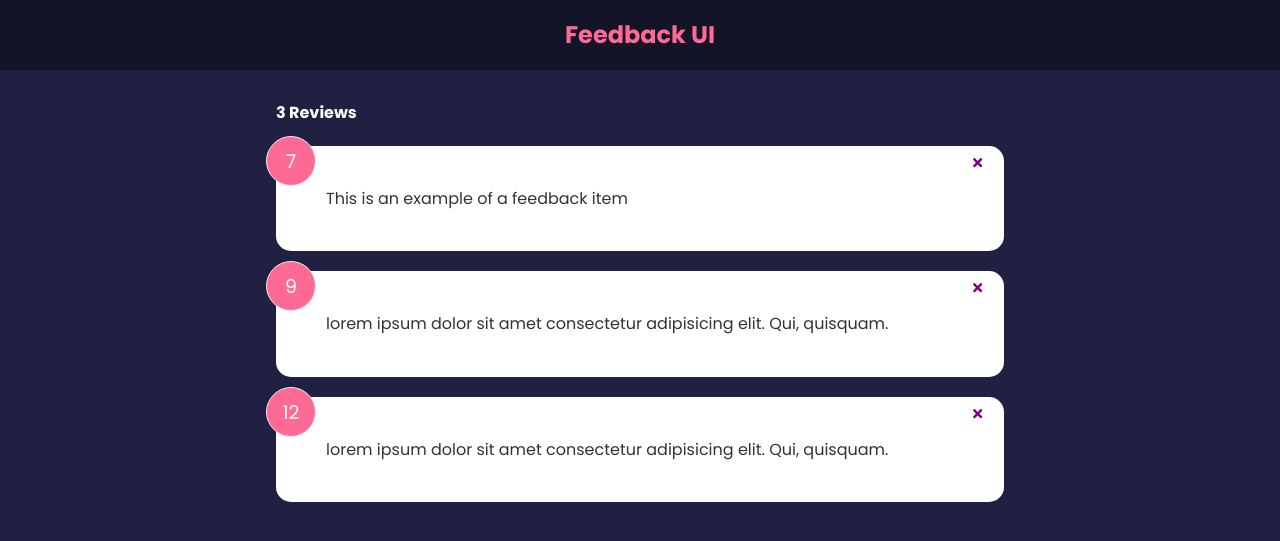
Repository: bayorwor/feedbackapp
Page: /
An editor plug-in stored every save of this project. The page is shown before and after the next save, followed by the edit.
The browser window is 1280 px wide. The pictures show the whole page.
The project was rebuilt for these pictures with package versions that can differ from the ones it lists, and the page was loaded fresh each time.

Above is the page before, as saved 2022-01-30 18:33:32.

After the next save:
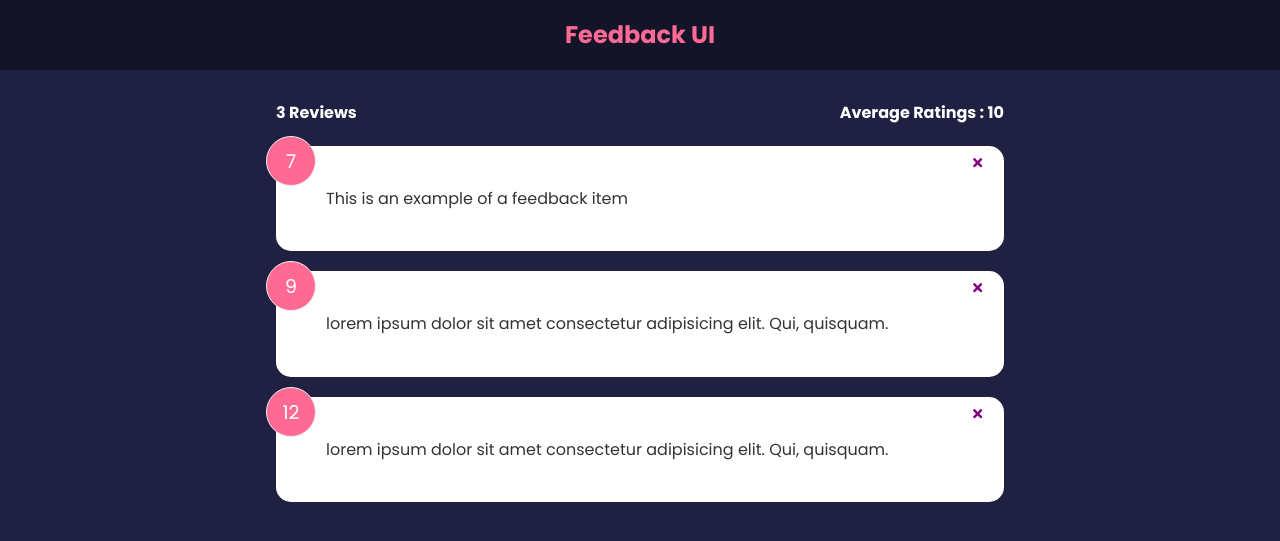
Saved 26 s later.
--- a/src/components/FeedbackStats.jsx
+++ b/src/components/FeedbackStats.jsx
@@ -4,6 +4,7 @@ function FeedbackStats({ feedback }) {
   return (
     <div className="feedback-stats">
       <h4>{feedback.length} Reviews</h4>
+      <h4>Average Ratings : 10</h4>
     </div>
   );
 }
